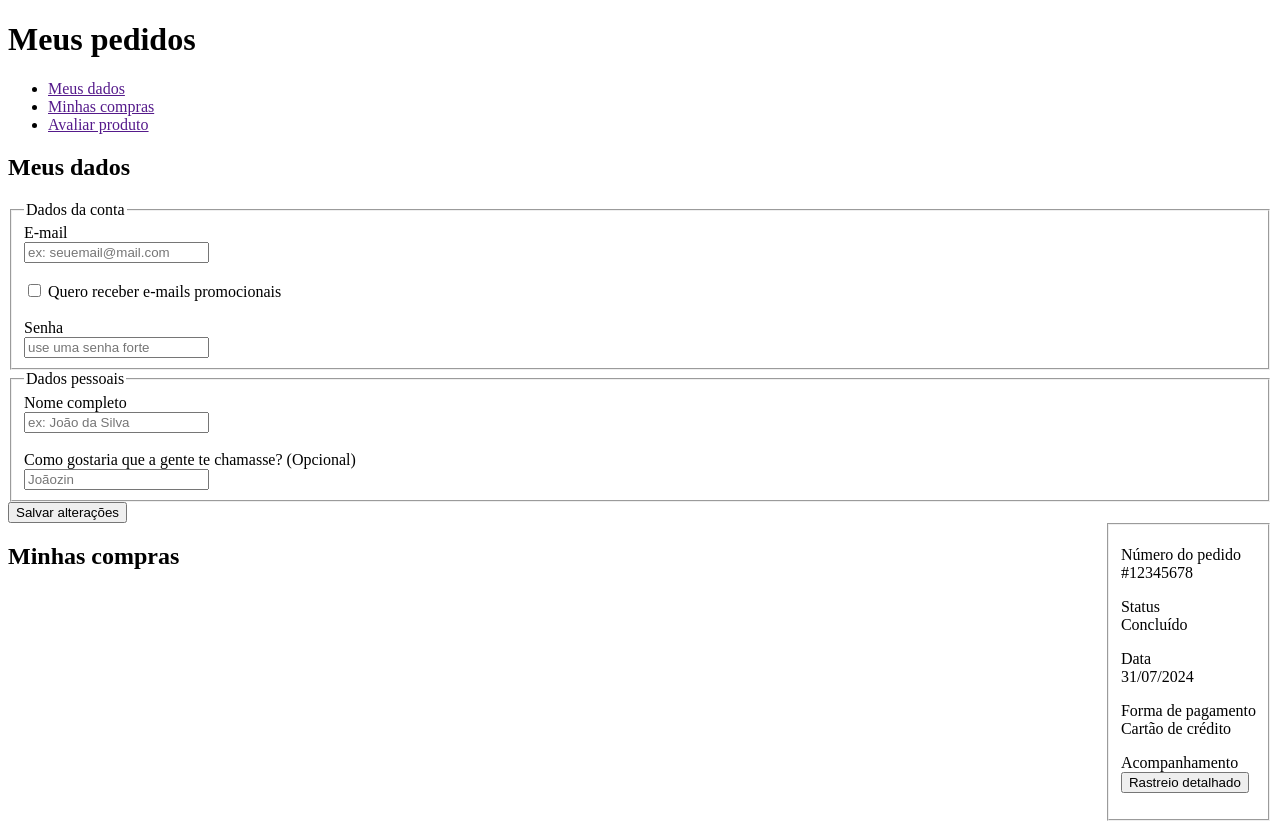
Repository: claudemir-camargo/site-compras
Page: index.html
The author's editor kept a copy of each file at every save. The page is drawn from the files as they stood at one save, then again after the next save.
The browser window is 1280 px wide. The pictures show the whole page.

Above is the page before, as saved 2024-03-03 14:14:39.

### index.html
<!DOCTYPE html>
<html lang="en">
<head>
    <meta charset="UTF-8">
    <meta name="viewport" content="width=device-width, initial-scale=1.0">
    <link rel="stylesheet" type="text/css" href="css/style.css"/>
    <title>Site de Compras</title>
</head>
<body>
    <h1>Meus pedidos</h1>
    <ul>
        <li><a href="">Meus dados</a></li>
        <li><a href="">Minhas compras</a></li>
        <li><a href="">Avaliar produto</a></li>
    </ul>
    <h2>Meus dados</h2>
    <!-- Conta -->
    <fieldset>
        <legend>Dados da conta</legend>
        <form>
            <label>E-mail</label><br>
            <input type="email" id="email" name="email" placeholder="ex: seuemail@mail.com"><br><br>
            <input type="checkbox">
            <label>Quero receber e-mails promocionais</label><br><br>
            <label>Senha</label><br>
            <input type="password" placeholder="use uma senha forte">
        </form>
    </fieldset>
    <!-- Pessoais -->
    <fieldset>
        <legend>Dados pessoais</legend>
        <form>
            <label>Nome completo</label><br>
            <input type="text" placeholder="ex: João da Silva"><br><br>
            <label>Como gostaria que a gente te chamasse? (Opcional) </label><br>
            <input type="text" placeholder="Joãozin">
        </form>
    </fieldset>
    <button type="button">Salvar alterações</button>
    <!-- MInhas compras -->
    <div class="container">
        <h2>Minhas compras</h2>
        <fieldset>
            <p>Número do pedido<br>#12345678</p>
            <p>Status<br>Concluído</p>
            <p>Data<br>31/07/2024</p>
            <p>Forma de pagamento<br>Cartão de crédito</p>
            <p>Acompanhamento<br><button>Rastreio detalhado</button></p>
        </fieldset>
    </div>

</body>
</html>

### css/style.css
.container {
    display: flex;
    justify-content: space-between;
}
.order-details {
    flex: 1;
    margin-right: 20px;
}
.tracking-button {
    flex: 0;
}

After the next save:
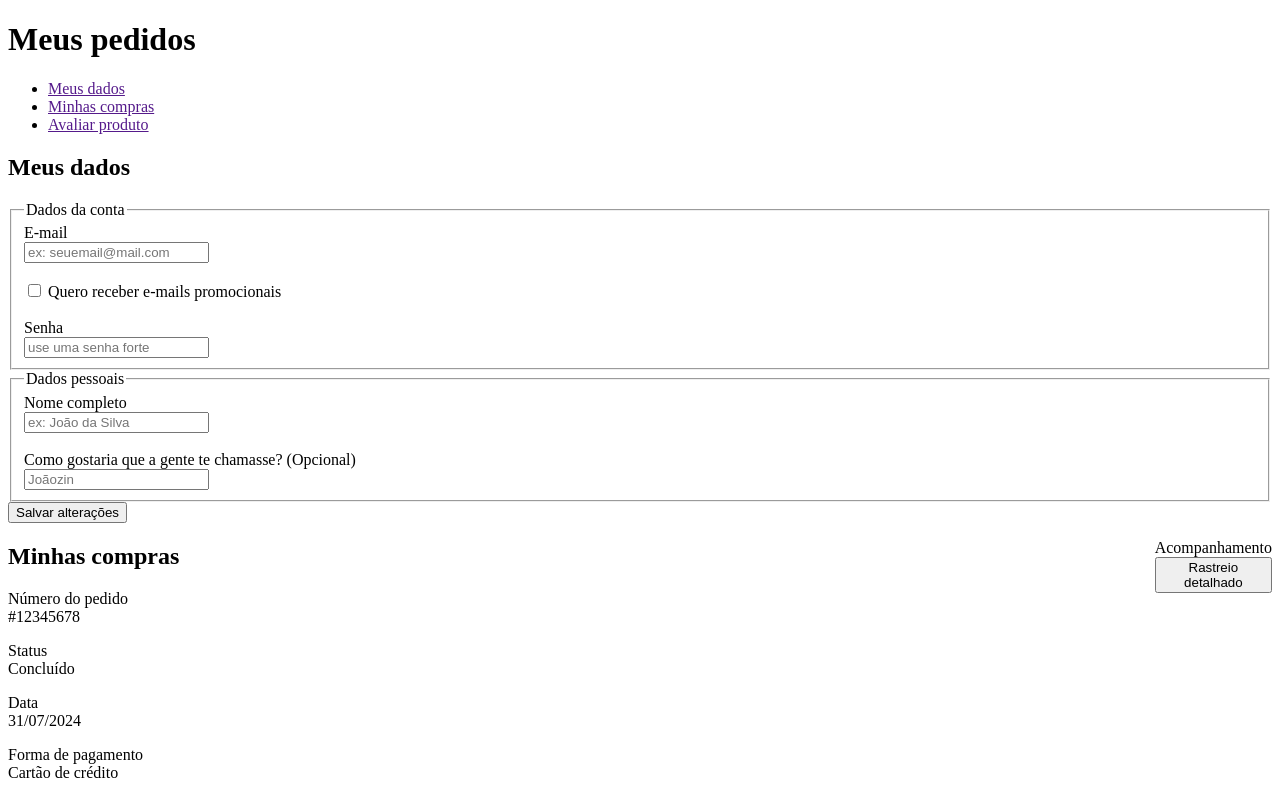
Saved 26 s later.
--- a/index.html
+++ b/index.html
@@ -39,14 +39,16 @@
     <button type="button">Salvar alterações</button>
     <!-- MInhas compras -->
     <div class="container">
-        <h2>Minhas compras</h2>
-        <fieldset>
+        <div class="order-details">
+            <h2>Minhas compras</h2>
             <p>Número do pedido<br>#12345678</p>
             <p>Status<br>Concluído</p>
             <p>Data<br>31/07/2024</p>
             <p>Forma de pagamento<br>Cartão de crédito</p>
+        </div>
+        <div class="tracking-button">
             <p>Acompanhamento<br><button>Rastreio detalhado</button></p>
-        </fieldset>
+        </div>
     </div>
 
 </body>
